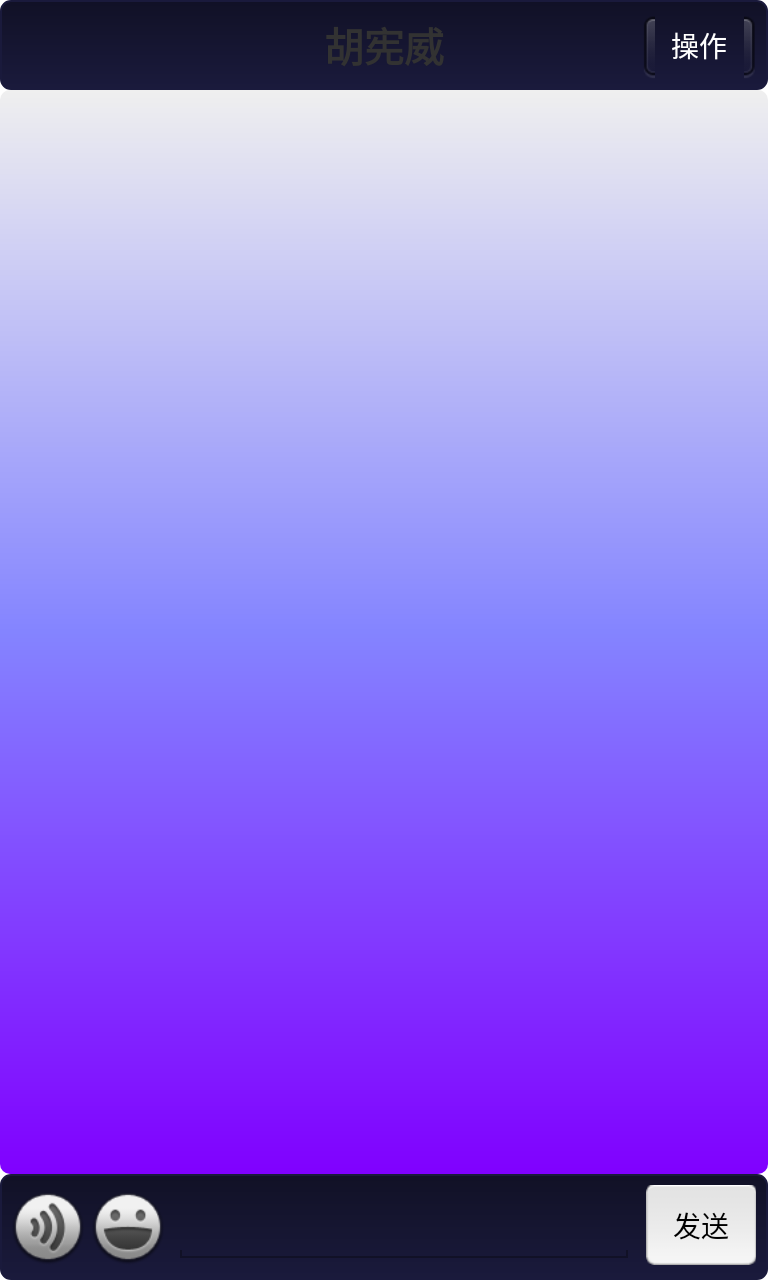
Repository: aojue/HappyAA
Layout: HappyAA/res/layout/one_activity.xml
The author's editor kept a copy of each file at every save. The layout is drawn from the files as they stood at one save, then again after the next save.
It is drawn on a 768 x 1280 px phone screen (xhdpi) without system bars, with theme AppTheme; the app's code is not run. Lists and similar views that code fills are empty.

Above is the layout before, as saved 2014-10-25 07:18:44.

### HappyAA/res/layout/one_activity.xml
<?xml version="1.0" encoding="utf-8"?>
<LinearLayout xmlns:android="http://schemas.android.com/apk/res/android"
    xmlns:tools="http://schemas.android.com/tools"
    android:id="@+id/main"
    android:layout_width="fill_parent"
    android:layout_height="fill_parent"
    android:orientation="vertical"
    tools:context=".OneActivity" >

    <RelativeLayout
        android:layout_width="fill_parent"
        android:layout_height="45dp"
        android:background="@drawable/titlebg"
        android:gravity="center_vertical"
        android:orientation="horizontal" >

        <ImageView
            android:id="@+id/image"
            android:layout_width="52dp"
            android:layout_height="52dp"
            android:layout_marginRight="3dp"
            android:layout_toLeftOf="@id/loginer"
            android:gravity="center" />

        <TextView
            android:id="@+id/loginer"
            android:layout_width="wrap_content"
            android:layout_height="fill_parent"
            android:layout_centerInParent="true"
            android:gravity="center"
            android:text="@string/view_user"
            android:textSize="20sp"
            android:textStyle="bold" />

        <Button
            android:id="@+id/btn_operate"
            android:layout_width="67dp"
            android:layout_height="wrap_content"
            android:layout_alignParentRight="true"
            android:layout_centerVertical="true"
            android:background="@drawable/title_btn_right"
            android:onClick="outOperatePopuWindow"
            android:text="操作"
            android:textColor="#FFFFFF"
            android:textSize="14sp" />
    </RelativeLayout>

    <ListView
        android:id="@+id/lv_message"
        android:layout_width="fill_parent"
        android:layout_height="fill_parent"
        android:layout_marginBottom="0dp"
        android:layout_weight="1"
        android:background="@drawable/loginbg"
        android:cacheColorHint="#00000000"
        android:divider="@null"
        android:dividerHeight="3dp"
        android:listSelector="#00000000"
        android:scrollbarStyle="outsideOverlay"
        android:transcriptMode="alwaysScroll" />

    <LinearLayout
        android:id="@+id/bottom_input"
        android:layout_width="fill_parent"
        android:layout_height="wrap_content"
        android:layout_marginTop="0dp"
        android:background="@drawable/titlebg"
        android:orientation="horizontal" >

        <ImageButton
            android:id="@+id/btn_open_record"
            android:layout_width="wrap_content"
            android:layout_height="wrap_content"
            android:layout_gravity="center_vertical"
            android:layout_marginLeft="3dp"
            android:background="#00000000"
            android:onClick="openRecordWindow"
            android:src="@drawable/btn_intercon" />

        <LinearLayout
            android:id="@+id/before_recored_layout"
            android:layout_width="fill_parent"
            android:layout_height="wrap_content"
            android:orientation="horizontal" >

            <ImageButton
                android:id="@+id/btn_express"
                android:layout_width="wrap_content"
                android:layout_height="wrap_content"
                android:layout_gravity="center_vertical"
                android:background="#00000000"
                android:onClick="showExpressionWindow"
                android:src="@drawable/chat_expression_bg" />

            <EditText
                android:id="@+id/content"
                android:layout_width="0dp"
                android:layout_height="wrap_content"
                android:layout_gravity="center_vertical"
                android:layout_marginLeft="2dp"
                android:layout_marginRight="5dp"
                android:layout_weight="1"
                android:singleLine="false" />

            <Button
                android:id="@+id/sendMsg"
                android:layout_width="55dp"
                android:layout_height="40dp"
                android:layout_gravity="center_vertical"
                android:layout_marginBottom="6dp"
                android:layout_marginRight="5dp"
                android:layout_marginTop="5dp"
                android:background="@drawable/btn_press_voice"
                android:text="@string/btn_send"
                android:textSize="14sp" />
        </LinearLayout>

        <LinearLayout
            android:id="@+id/start_recored_layout"
            android:layout_width="fill_parent"
            android:layout_height="wrap_content"
            android:layout_marginLeft="5dp"
            android:orientation="horizontal"
            android:visibility="gone" >

            <Button
                android:id="@+id/btn_start_record"
                android:layout_width="fill_parent"
                android:layout_height="40dp"
                android:layout_gravity="center_vertical"
                android:layout_marginBottom="6dp"
                android:layout_marginRight="5dp"
                android:layout_marginTop="5dp"
                android:background="@drawable/ic_lb_b"
                android:onClick="startRecord"
                android:text="@string/btn_normal_voice"
                android:textSize="17sp" />
        </LinearLayout>
    </LinearLayout>


</LinearLayout>

### HappyAA/res/drawable/titlebg.xml
<?xml version="1.0" encoding="utf-8"?>
<shape xmlns:android="http://schemas.android.com/apk/res/android"
    android:shape="rectangle">
    <gradient
        android:startColor="#1a1a3c"
        android:endColor="#111126"
        android:angle="90"
        />

    <corners android:radius="5dp" />
     <padding android:left="1dp"
        android:top="1dp"
        android:right="1dp"
        android:bottom="1dp" />
   	<stroke
        android:width="1dp"
        android:color="#1a1a3c"
        />
</shape>

### HappyAA/res/values/strings.xml
<?xml version="1.0" encoding="utf-8"?>
<resources>

    <string name="app_name">HappyAA</string>
    <string name="new_name">新建活动</string>
    <string name="tell_name">历史讨论组</string>
    <string name="creat_name">创建讨论组</string>
    <string name="action_settings">Settings</string>
    <string name="addnew">新建</string>
    <string name="makesure">确定</string>
	<string name="button1">New</string>
	<string name="textview1">活动主题:</string>
	<string name="textview2">活动口号:</string>
	<string name="textview3">活动时间:</string>
	<string name="btn_caozuo">操作</string>
	<string name="btn_send">发送</string>
	<string name="view_user">胡宪威</string>
	<string name="btn_normal_voice">按住 说话</string>
    <string name="btn_press_voice">松开 结束</string>
</resources>

### HappyAA/res/drawable/title_btn_right.xml
<?xml version="1.0" encoding="UTF-8"?>
<selector
  xmlns:android="http://schemas.android.com/apk/res/android">
    <item android:state_focused="true" android:drawable="@drawable/mm_title_btn_focused" />
    <item android:state_pressed="true" android:drawable="@drawable/mm_title_btn_pressed" />
    <item android:state_selected="true" android:drawable="@drawable/mm_title_btn_pressed" />
    <item android:drawable="@drawable/mm_title_btn_normal" />
</selector>

### HappyAA/res/drawable/loginbg.xml
<?xml version="1.0" encoding="utf-8"?>
<shape xmlns:android="http://schemas.android.com/apk/res/android"
    android:shape="rectangle">
    <gradient
        android:startColor="#8000ff"
        android:centerColor="#8484ff"
        android:endColor="#efefef"
        android:angle="90"
        />
    <padding android:left="7dp"
        android:top="7dp"
        android:right="7dp"
        android:bottom="7dp" />
    <corners android:radius="5dp" />
</shape>

### HappyAA/res/drawable/btn_intercon.xml
<?xml version="1.0" encoding="UTF-8"?>
<selector
  xmlns:android="http://schemas.android.com/apk/res/android">
    <item android:state_focused="true" android:drawable="@drawable/chatting_setmode_voice_btn_focused" />
    <item android:state_pressed="true" android:drawable="@drawable/chatting_setmode_voice_btn_pressed" />
    <item android:state_selected="true" android:drawable="@drawable/chatting_setmode_voice_btn_pressed" />
    <item android:drawable="@drawable/chatting_setmode_voice_btn_normal" />
</selector>

### HappyAA/res/drawable/chat_expression_bg.xml
<?xml version="1.0" encoding="utf-8"?>
<selector
  xmlns:android="http://schemas.android.com/apk/res/android">
    <item android:state_pressed="true" android:drawable="@drawable/chat_icon_smiles_pressed" />
    <item android:state_focused="true" android:drawable="@drawable/chat_icon_smiles_pressed" />
    <item android:drawable="@drawable/chatting_setmode_biaoqing_btn_normal" />
</selector>

### HappyAA/res/drawable/btn_press_voice.xml
<?xml version="1.0" encoding="UTF-8"?>
<selector
  xmlns:android="http://schemas.android.com/apk/res/android">
  	 <item android:state_pressed="true" android:state_focused="true" android:drawable="@drawable/normal_button_blue" />
    <item android:state_pressed="true" android:state_focused="false" android:drawable="@drawable/normal_button_blue" />
    <item android:state_focused="true" android:drawable="@drawable/normal_button_pressed" />
    <item android:drawable="@drawable/normal_button_pressed" />
</selector>

Loaded but not shown: HappyAA/res/values/styles.xml (common file); HappyAA/res/values-v11/styles.xml (common file); HappyAA/res/values-v14/styles.xml (common file)

After the next save:
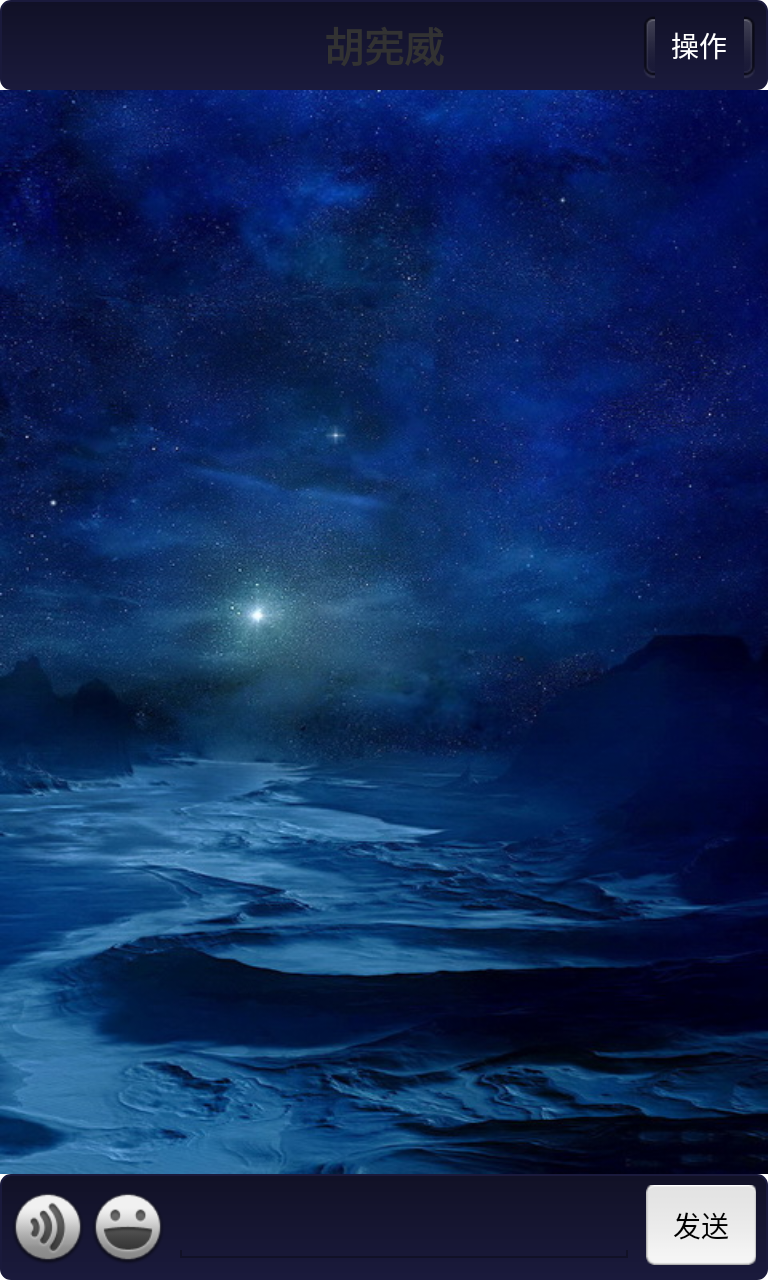
Saved 67 s later.
--- a/HappyAA/res/layout/one_activity.xml
+++ b/HappyAA/res/layout/one_activity.xml
@@ -51,7 +51,7 @@
         android:layout_height="fill_parent"
         android:layout_marginBottom="0dp"
         android:layout_weight="1"
-        android:background="@drawable/loginbg"
+        android:background="@drawable/ic_lb_b"
         android:cacheColorHint="#00000000"
         android:divider="@null"
         android:dividerHeight="3dp"
@@ -131,7 +131,7 @@
                 android:layout_marginBottom="6dp"
                 android:layout_marginRight="5dp"
                 android:layout_marginTop="5dp"
-                android:background="@drawable/ic_lb_b"
+                android:background="@drawable/btn_press_voice"
                 android:onClick="startRecord"
                 android:text="@string/btn_normal_voice"
                 android:textSize="17sp" />
